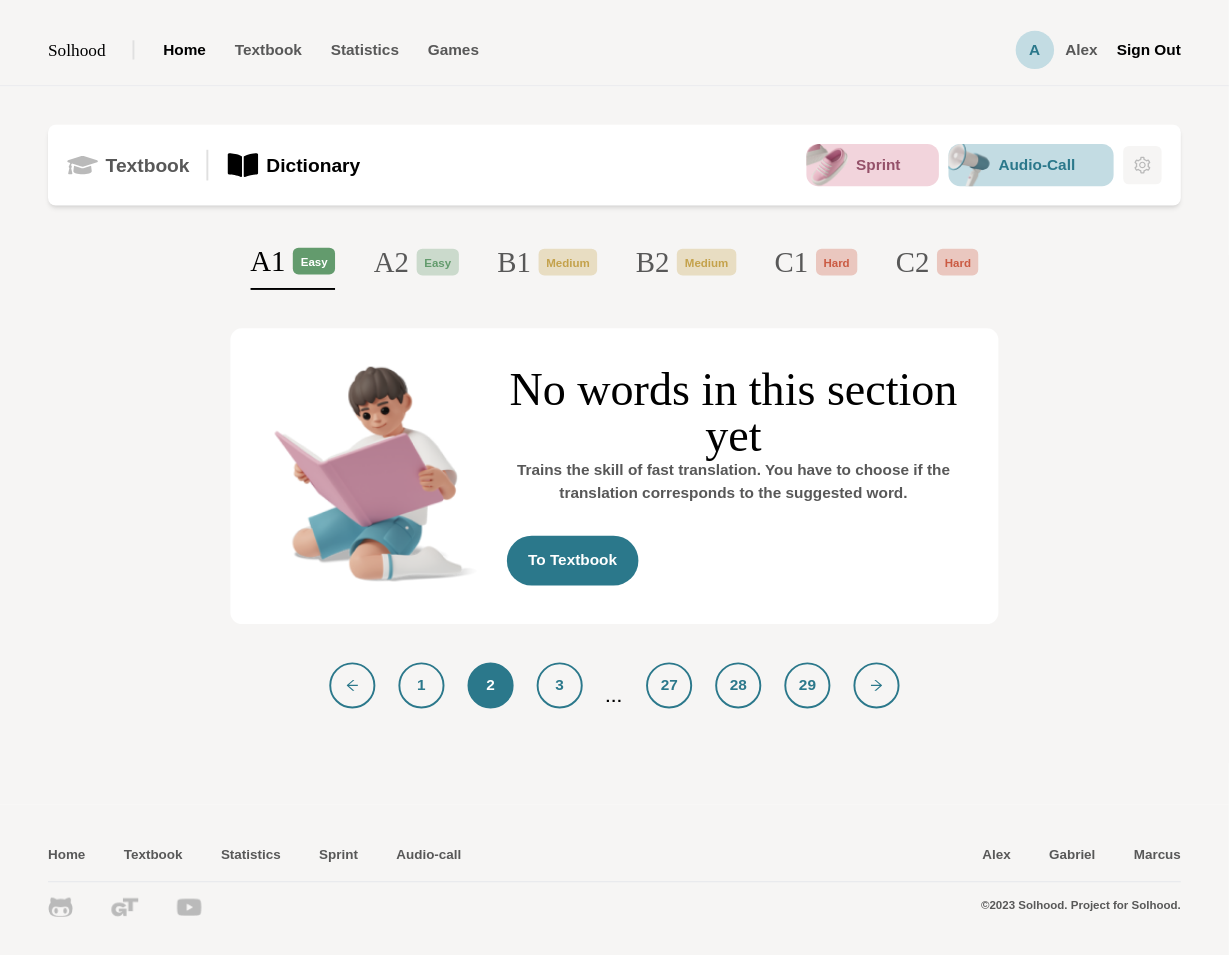
Repository: haudnn/solhood
Page: /textbook
An editor plug-in stored every save of this project. The page is shown before and after the next save, followed by the edit.
The browser window is 1280 px wide. The pictures show the whole page, at 96% of full size.
The project was rebuilt for these pictures with package versions that can differ from the ones it lists, and the page was loaded fresh each time. Also part of the build but not shown: src/pages/Home.tsx, src/pages/sprint/Sprint.tsx, src/pages/sprint/Game.tsx, src/pages/sprint/Result.tsx, src/pages/audio/Audio.tsx, src/pages/audio/Game.tsx, src/pages/audio/Result.tsx.

Above is the page before, as saved 2023-01-06 19:43:39.

After the next save:
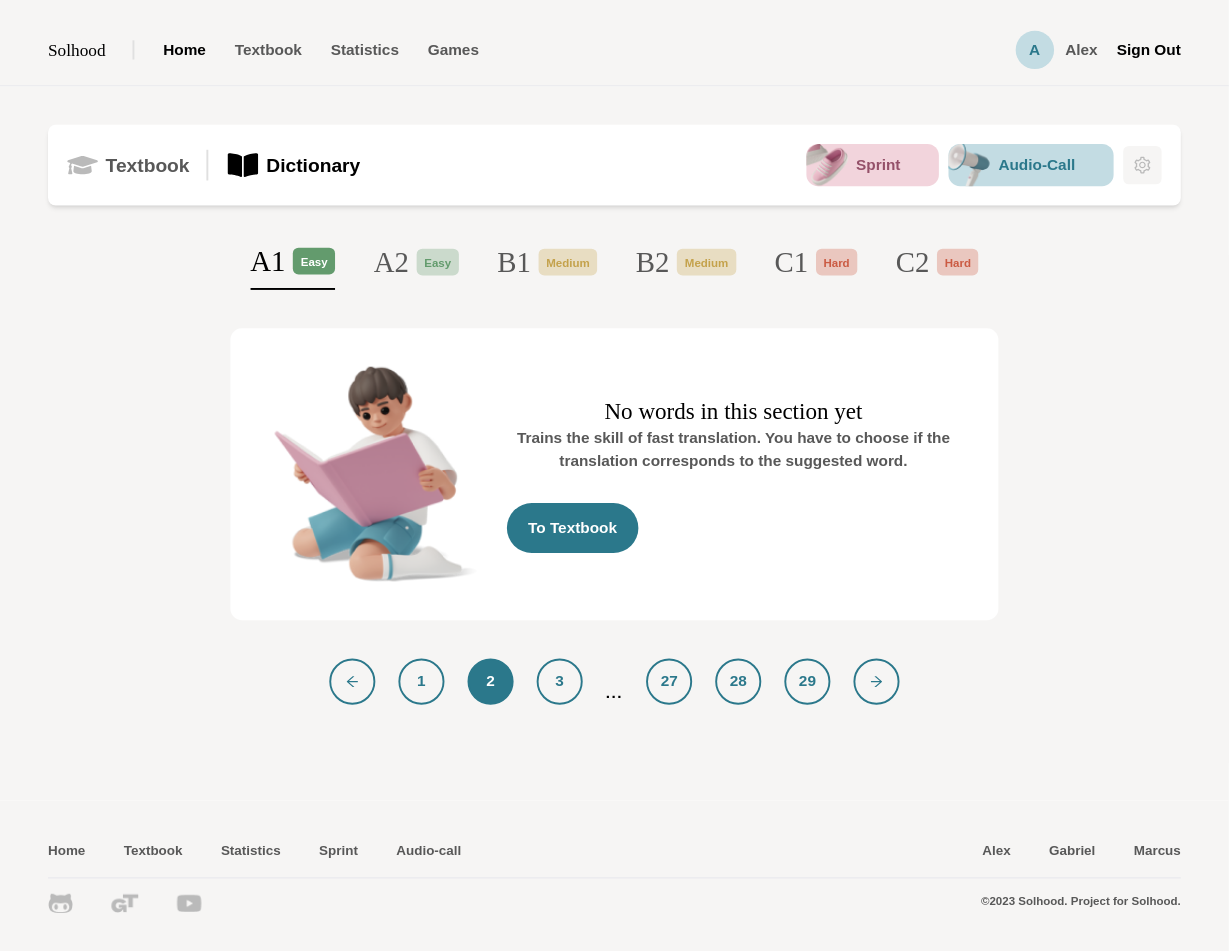
Saved 4 s later.
--- a/src/pages/textbook/TextBook.tsx
+++ b/src/pages/textbook/TextBook.tsx
@@ -200,7 +200,7 @@ const TextBook = () => {
                 </div>
                 <div className="col l-8">
                   <div className="flex flex-col justify-center w-full h-full">
-                    <p className="text-5xl font-dela">No words in this section yet</p>
+                    <p className="text-2xl font-dela">No words in this section yet</p>
                     <p className="mb-8 text-base font-semibold text-greydark">
                       Trains the skill of fast translation. You have to choose
                       if the translation corresponds to the suggested word.
